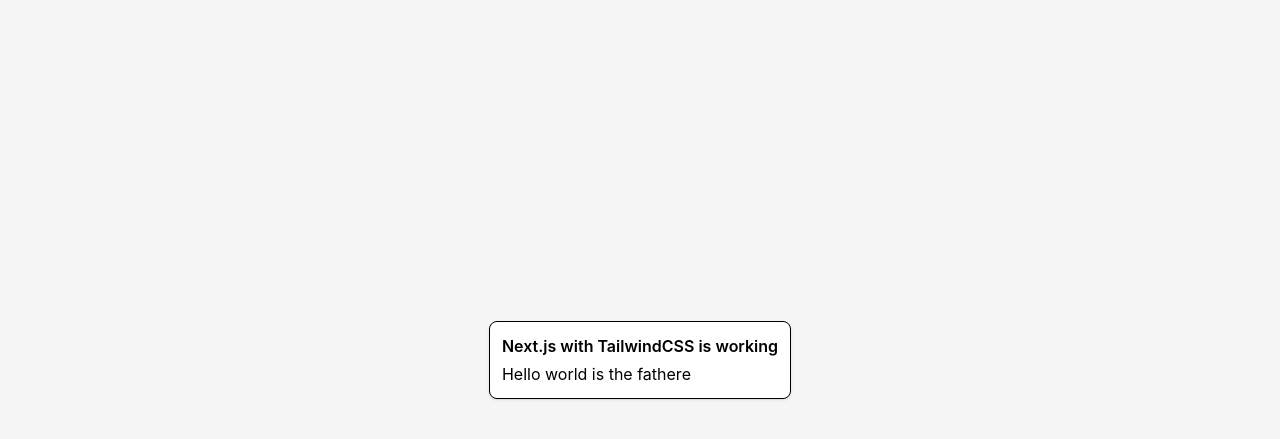
Repository: vignesh33654/resizablesidebar
Page: /
The author's editor kept a copy of each file at every save. The page is drawn from the files as they stood at one save, then again after the next save.
The browser window is 1280 px wide. The pictures show the whole page.
The project was rebuilt for these pictures with package versions that can differ from the ones it lists, and the page was loaded fresh each time.

Above is the page before, as saved 2025-11-11 10:51:37.

### index.html
<!doctype html>
<html lang="en">
  <head>
    <meta charset="UTF-8" />
    <link rel="icon" type="image/svg+xml" href="/vite.svg" />
    <meta name="viewport" content="width=device-width, initial-scale=1.0" />
    <title>ai-app</title>
  </head>
  <body>
    <div id="root"></div>
    <script type="module" src="/src/main.tsx"></script>
  </body>
</html>

### src/index.css
@import "tailwindcss";

@theme {
  --color-primary: #37352f;
  --color-secondary: #ff0000;
  --color-tertiary: #ff00ff;
  --color-disabled: #d5d5d4;
  --color-white: #ffffff;
  --color-primary: #0d99ff;
  --color-success: #14ae5c;
  --color-failure: #f24822;
  --color-warning: #ffcd29;
  --color-Bg-0: #ffffff;
  --color-Bg-1: #f5f5f5;
  --color-Bg-2: #f1f0f1;
}

/* default css styles */
:root {
  font-family: inter, system-ui;
  background-color: #ffffff;

  font-synthesis: none;
  text-rendering: optimizeLegibility;
  -webkit-font-smoothing: antialiased;
  -moz-osx-font-smoothing: grayscale;

   h1 {
    font-size: var(--font-size-h1);
    line-height: var(--line-height-h1);
    letter-spacing: -2.1%;
    font-weight: 600;
  }

  h2 {
    font-size: var(--font-size-h2);
    line-height: var(--line-height-h2);
    letter-spacing: -1.9%;
    font-weight: 600;
  }

  h3 {
    font-size: var(--font-size-h3);
    line-height: var(--line-height-h3);
    letter-spacing: -1.7%;
    font-weight: 600;
  }

  p {
    font-size: var(--font-size-body-16);
    line-height: var(--line-height-body);
    letter-spacing: -1.1%;
    font-weight: 400;
  }
}

### src/App.tsx


export default function App() {
  return (
    <div className="min-h-screen bg-Bg-1 flex items-center justify-center p-8">
      <div className="bg-Bg-0 border border-border-Primary rounded-lg p-3 flex gap-3 max-w-[620px] shadow-sm">
        {/* Content */}
        <div className="flex flex-col gap-1">
          <h3 className="">
            Next.js with TailwindCSS is working
          </h3>
          <div className="bg-">
            Hello world is the fathere
          </div>
      </div>
      </div>
    </div>
  )
}

Loaded but not shown: src/main.tsx (common file)

After the next save:
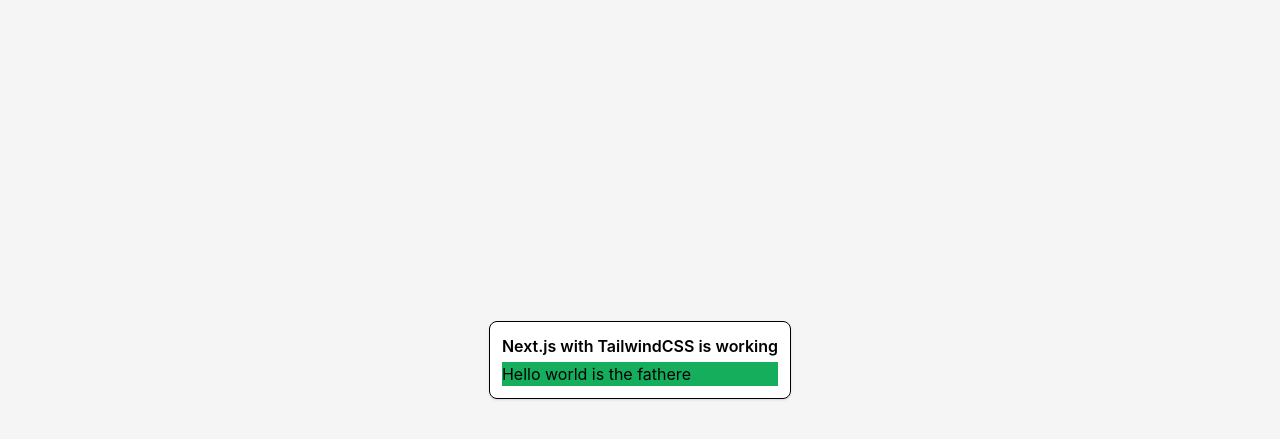
Saved 6 s later.
--- a/src/App.tsx
+++ b/src/App.tsx
@@ -9,7 +9,7 @@
           <h3 className="">
             Next.js with TailwindCSS is working
           </h3>
-          <div className="bg-">
+          <div className="bg-success">
             Hello world is the fathere
           </div>
       </div>
